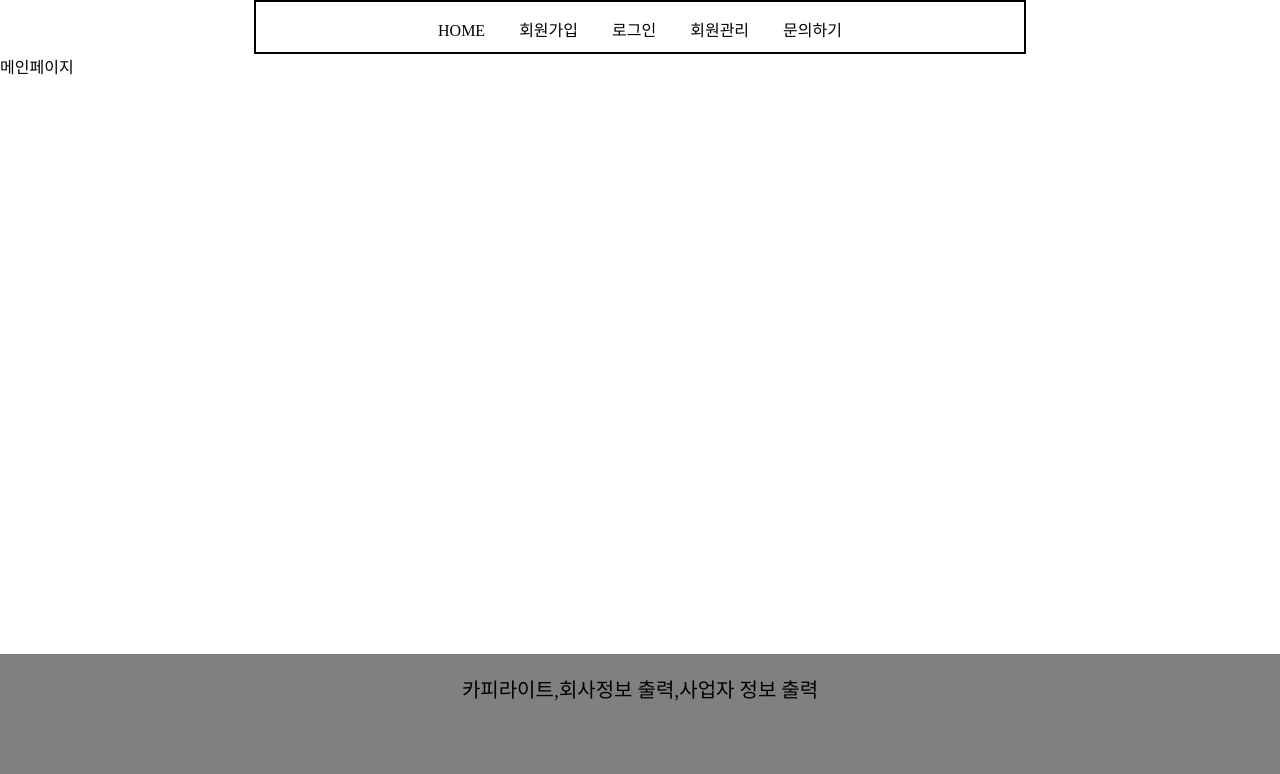
Repository: BangHoJung/jsp
Page: http://localhost/BoardProject_0105__/
The author's editor kept a copy of each file at every save. The page is drawn from the files as they stood at one save, then again after the next save.
The browser window is 1280 px wide. The pictures show the whole page.
The page is served by Tomcat 9.

Above is the page before, as saved 2021-01-05 01:13:22.

After the next save:
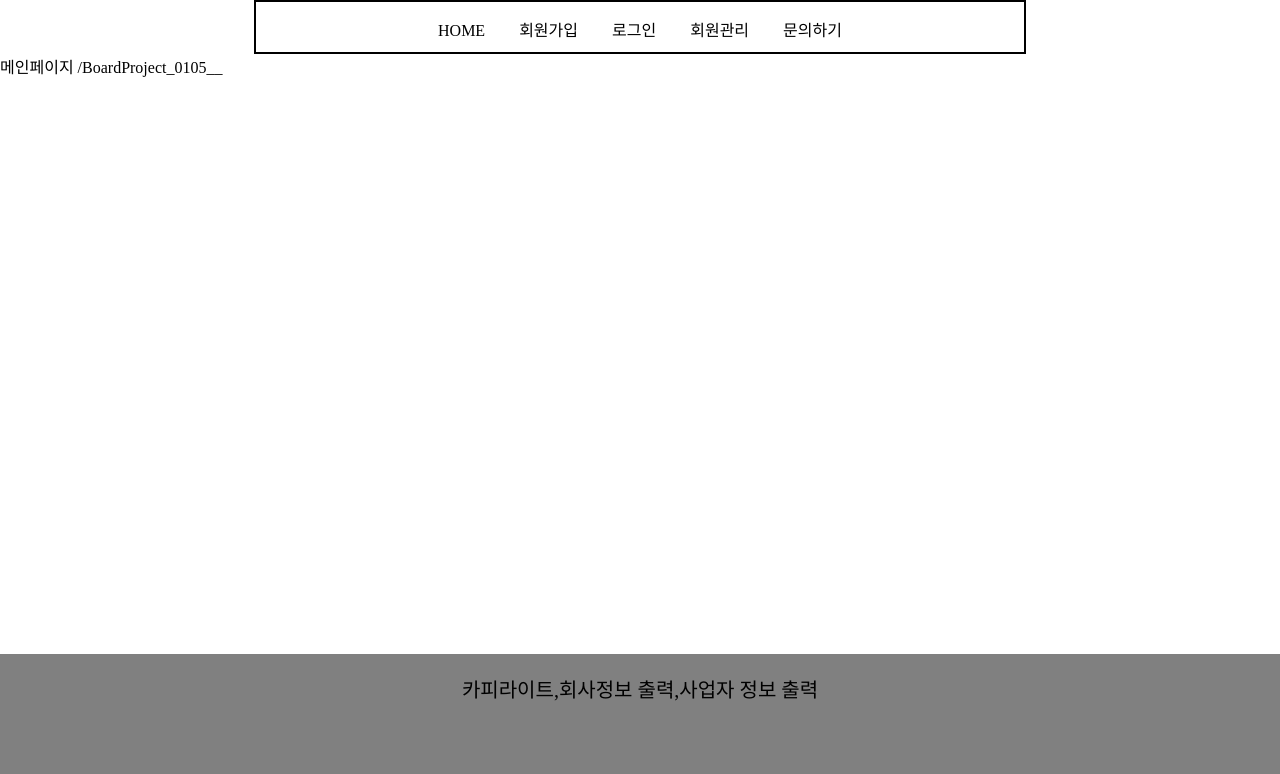
Saved 15 min 46 s later.
--- a/BoardProject(0105~)/WebContent/index.jsp
+++ b/BoardProject(0105~)/WebContent/index.jsp
@@ -29,6 +29,7 @@
 
 		<nav>
 			메인페이지
+			<%=request.getContextPath() %>
 		</nav>
 
 		<jsp:include page="/template/footer.jsp" flush="false"></jsp:include>
